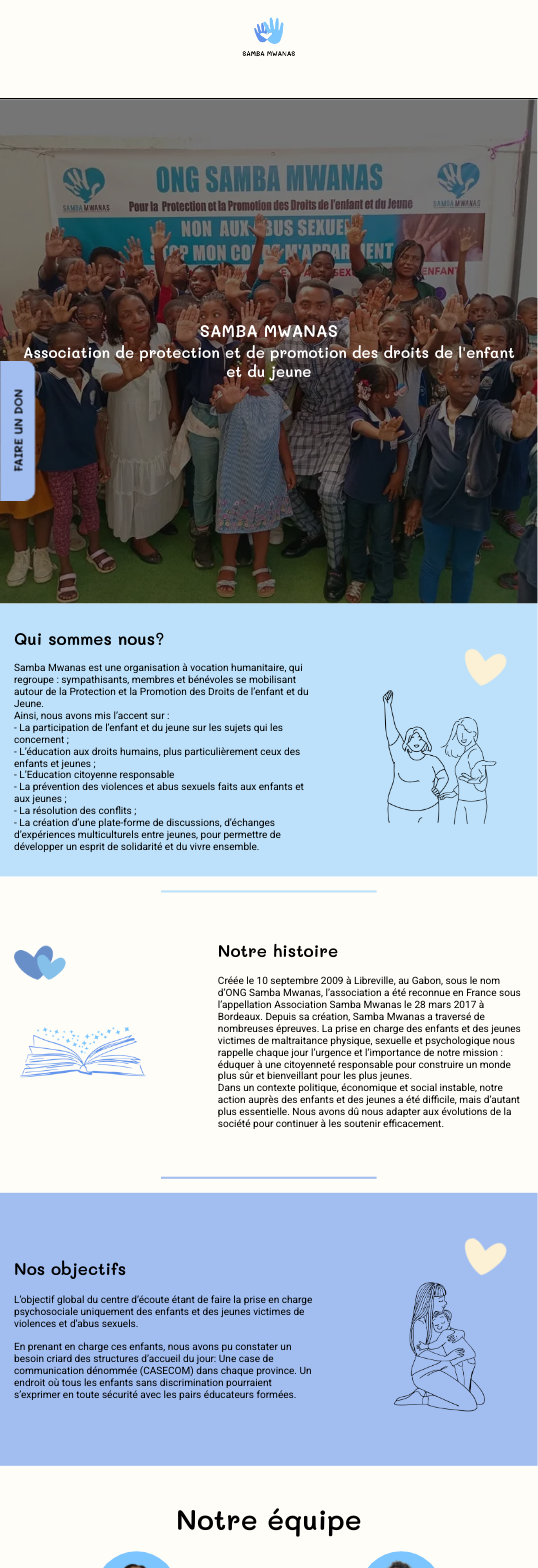
Repository: Danie-lDasilva/Samba-Mwanas
Page: index.html
These files come from the project's save history. The page is drawn as it stood at one moment and after the next save; the edit follows.
The browser window is 768 px wide. The pictures show the part of the page from y = 0 to 2240 px (the page is 4454 px tall before and 4429 px after), at 70% of full size.

Above is the page before, as saved 2025-03-07 12:37:30.

After the next save:
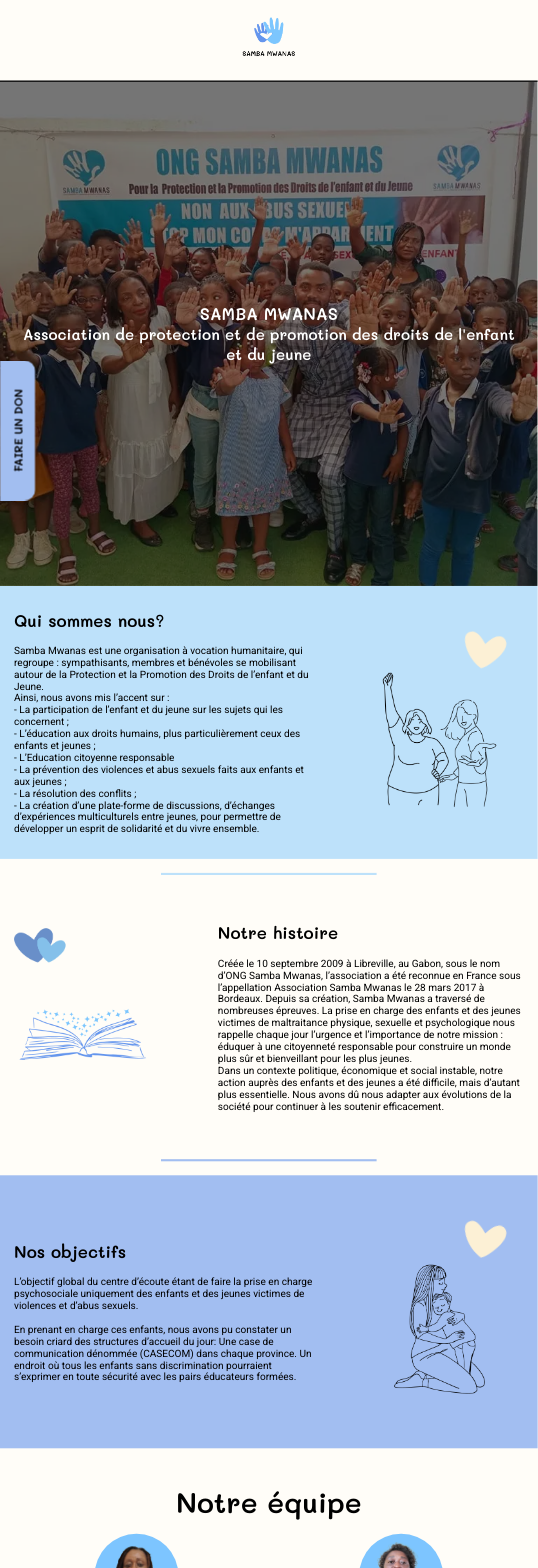
Saved 2 min 46 s later.
--- a/assets/css/style.css
+++ b/assets/css/style.css
@@ -616,13 +616,20 @@
 
     .Mobile {
         display: flex;
-        height: 25px;
-        color: black;
-        width: auto;
+        flex-direction: column;
+        align-items: center;
+        width: 100%;
     }
 
     .Mobile nav {
         display: flex;
+        flex-direction: row;
+        justify-content: space-around;
+        width: 100%;
+    }
+
+    .Mobile li {
+        margin: 5px 0;
     }
 
     header li:not(:has(img)) {
